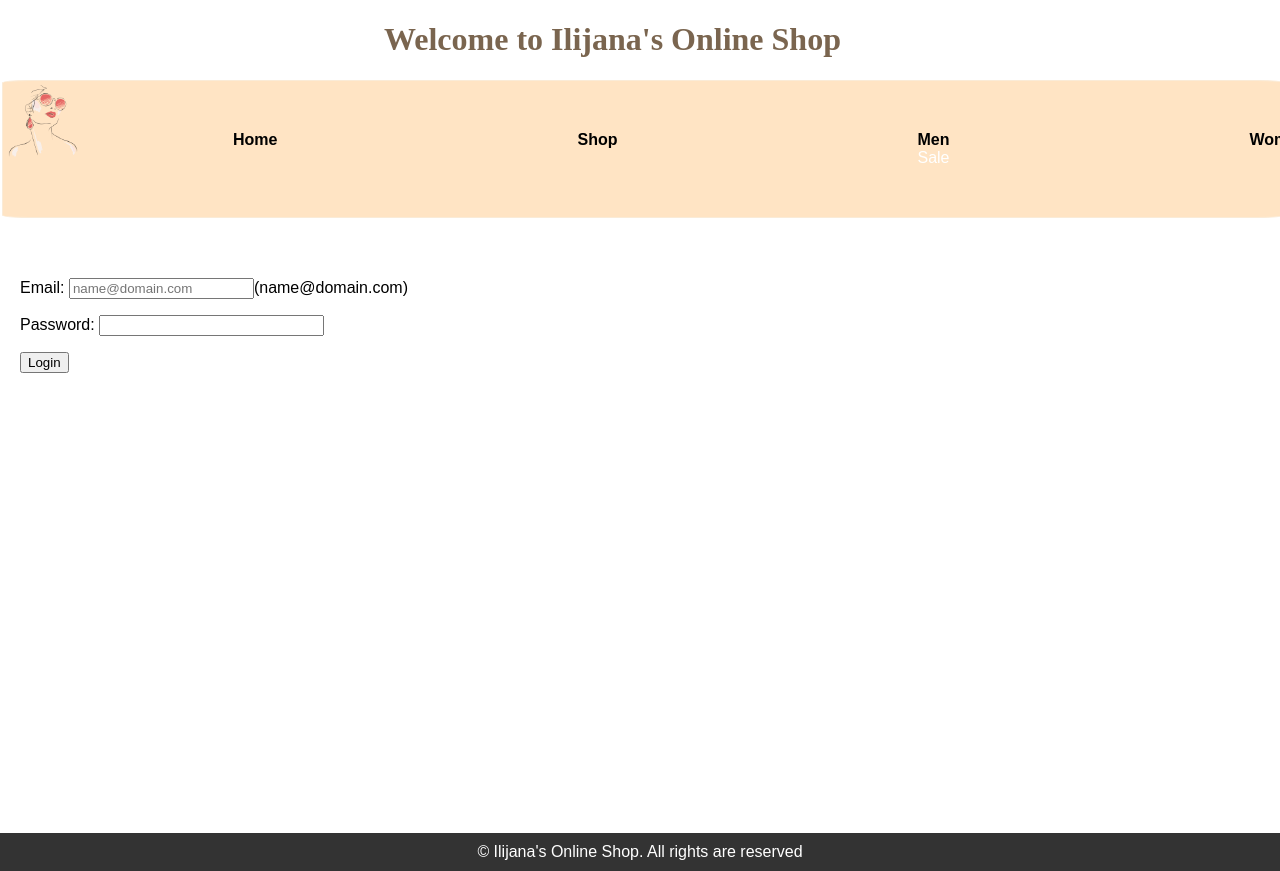
Repository: ilijana123/Proekt1
Page: html.html
An editor plug-in stored every save of this project. The page is shown before and after the next save, followed by the edit.
The browser window is 1280 px wide. The pictures show the whole page.

Above is the page before, as saved 2023-11-13 01:52:01.

### html.html
<!DOCTYPE html>
<html>
    <head>

    <meta charset="utf-8">
    <title>Online shop</title>
    <link rel="stylesheet" type="text/css" href="1.css">
    <script src="script.js"></script>

    </head>

    <body>
    <header>
       <h1>Welcome to Ilijana's Online Shop</h1>
    </header>

    <nav>
        <div class="social-call">
        <div class="social">
            <a href="#"><i class="fab fa-facebook-f"></i></a>
            <a href="#"><i class="fab fa-twitter"></i></a>
            <a href="#"><i class="fab fa-youtube"></i></a>
            <a href="#"><i class="fab fa-instagram"></i></a>
        </div>
        </div>
        <div class="navigation">
            <a href="#" class="logo"><img src="logo.png"></a>
            <div class="toggle"></div>
            <ul class="menu">
            <li><a href="#">Home</a></li>
            <li  class="shop"><a href="#" >Shop</a></li>
            <li><a href="#">Men</a>
                <span class="sale-lable">Sale</span>
            </li>
            <li><a href="#">Women</a></li>
            <li><a href="#">Kids</a></li>
            </ul>
            <div class="right-menu">
            <a href="javascript:void(0);" class="search">
                <i class="fas fa-search"></i>
            </a>
            <a href="javascript:void(0);" class="user">
                <i class="far fa-user"></i>
            </a>
            <a href="#">
                <i class="fas fa-shopping-cart">
                    <span class="num-cart-product">0</span>
                </i>
            </a>
            </div>
        </div>
    </nav>

       <section id="home">
            <h2>Home</h2>
            <p>Opis</p>
        </section>

        <section id="contact">
            <form method="post" autocomplete="on">
                <p><label>Email:
                    <input type="email" id="email"
                        placeholder="name@domain.com"/>(name@domain.com)
                </label></p>
                <p><label>Password:
                    <input type="password" id="password" size="25"
                        placeholder=""/>
                </label></p>
                <button onclick="btnClicked()">Login</button>
            </form>
       </section>

       <section id="category1"></section>
       <section id="category2"></section>
       <section id="category3"></section>
       <section id="instagram"></section>
      <section id="survey">
      </section>
      <section id="questionnaire">
      </section>
      <section id="contact">
      </section>
       <footer> &copy; Ilijana's Online Shop. All rights are reserved</footer>

    </body>
</html>

### 1.css
h1  {
     font-family: fantasy;
        color:rgb(122, 101, 79);
        position:relative;
        margin-left: 30%;
        text-decoration:double;
        text-decoration-color: aliceblue;
    }
    body
    {
        margin: 0;
        padding: 0;
        font-family: Arial, sans-serif;
    }
    .navigation
    {
        display:flex;
        justify-content: space-between;
        allign-items: center;
        background-color:bisque;
        margin:auto;
        position: fixed;
        color: white;
        padding:auto;
        left: 2px;
        right: 2px;
        width: 100%;
        z-index: 100;
        border: 1px solid rgba(0,0,0,03);
        border-radius: 2%;
        border-color: antiquewhite;
    }
    nav ul
    {
        list-style-type: none;
        margin: 0;
        padding: 0;
        display: flex;
        margin-top: 50px;
        flex-direction: row;

    }

    nav ul li
    {
        display: block;
        margin-bottom: 50px;
        margin-right: 150px;
        margin-left:150px;
    }
    section {
        padding: 20px;
        margin: 20px 0;
    }
    nav a {
        text-decoration:solid;
        color:black;
        font-weight: bold;

    }
    nav a:hover {
        color: #555;
    }

    footer {
        background-color: #333;
        color: white;
        text-align: center;
        padding: 10px;
    }
    .logo img{
        height: 80px;
    }

### script.js
function btnClicked()
{
    document.location.href="html1.html";
}

After the next save:
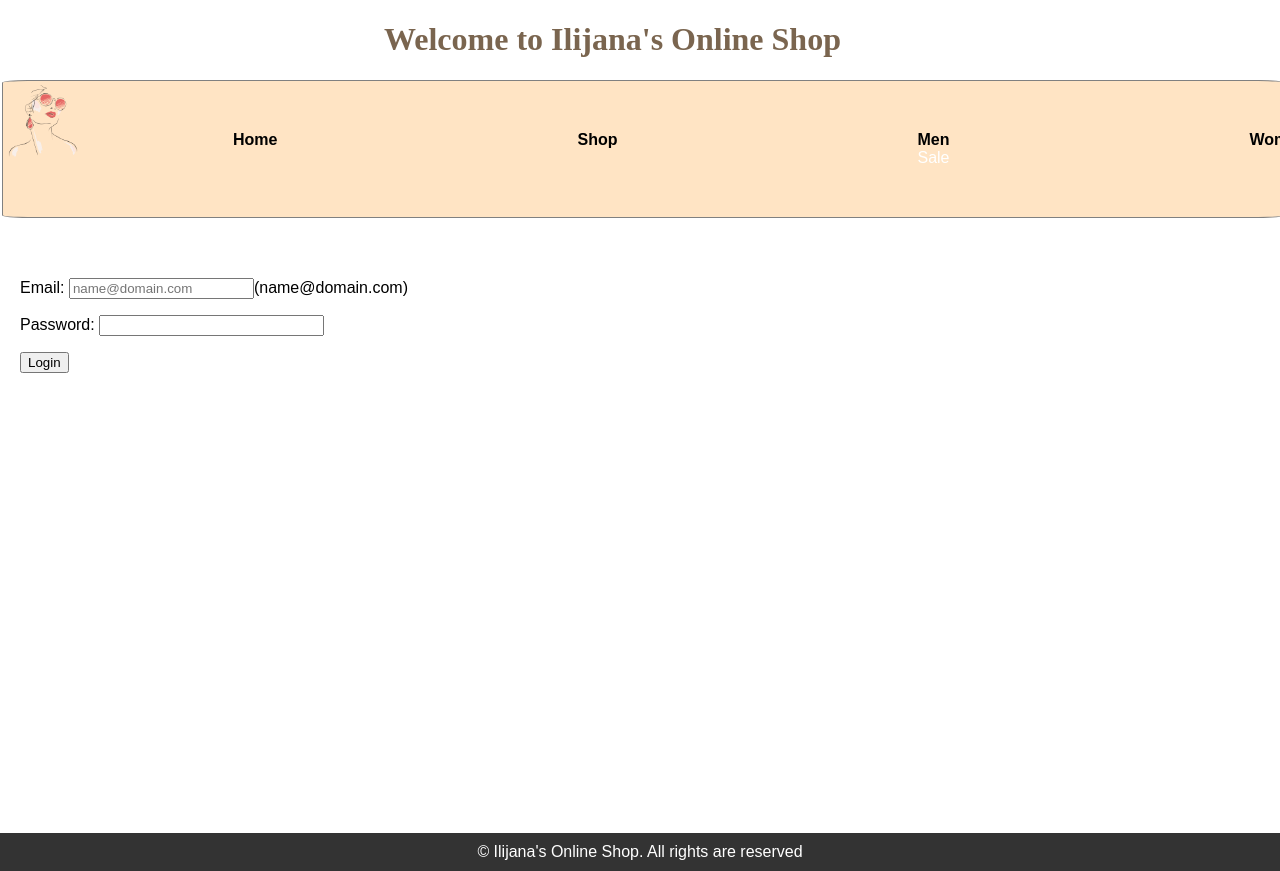
Saved 11 s later.
--- a/1.css
+++ b/1.css
@@ -28,7 +28,7 @@ h1  {
         z-index: 100;
         border: 1px solid rgba(0,0,0,03);
         border-radius: 2%;
-        border-color: antiquewhite;
+        border-color: gray;
     }
     nav ul
     {
